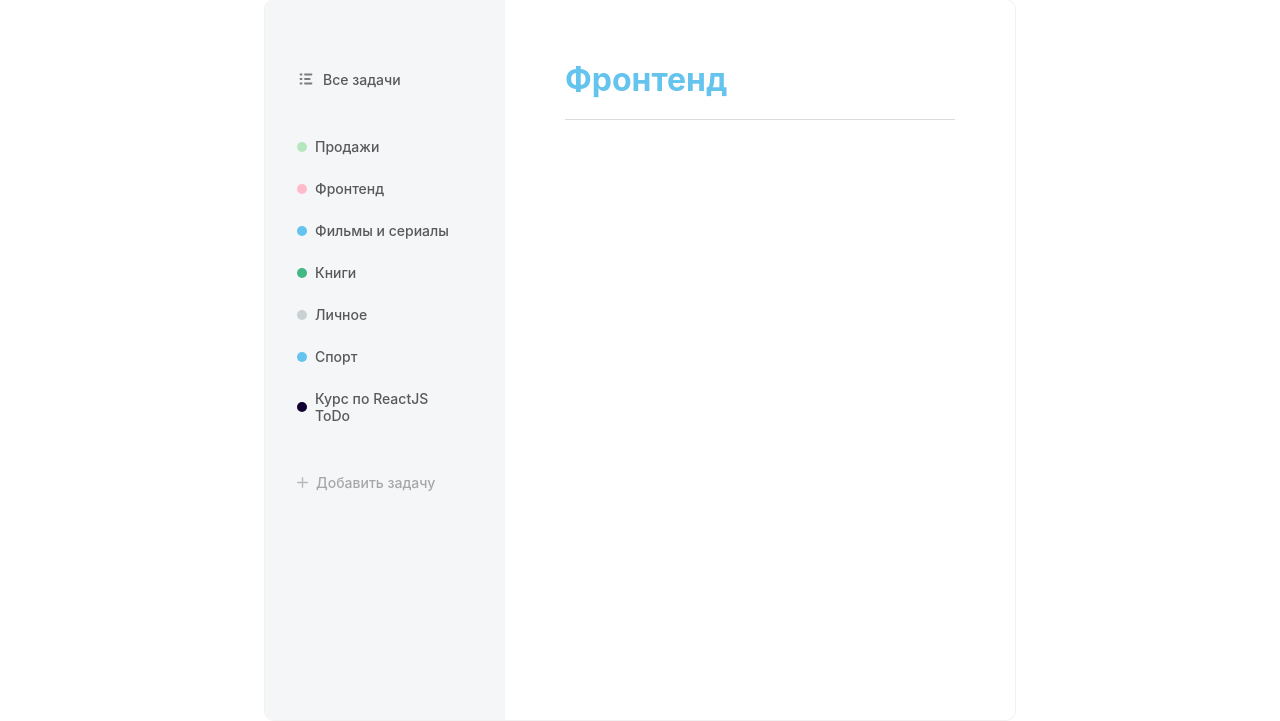
Repository: AzimAzimov/Todo
Page: /
An editor plug-in stored every save of this project. The page is shown before and after the next save, followed by the edit.
The browser window is 1280 px wide. The pictures show the whole page.
The project was rebuilt for these pictures with package versions that can differ from the ones it lists, and the page was loaded fresh each time. Also part of the build but not shown: src/components/addButtonList/AddListButton.scss.

Above is the page before, as saved 2023-03-01 16:48:33.

After the next save:
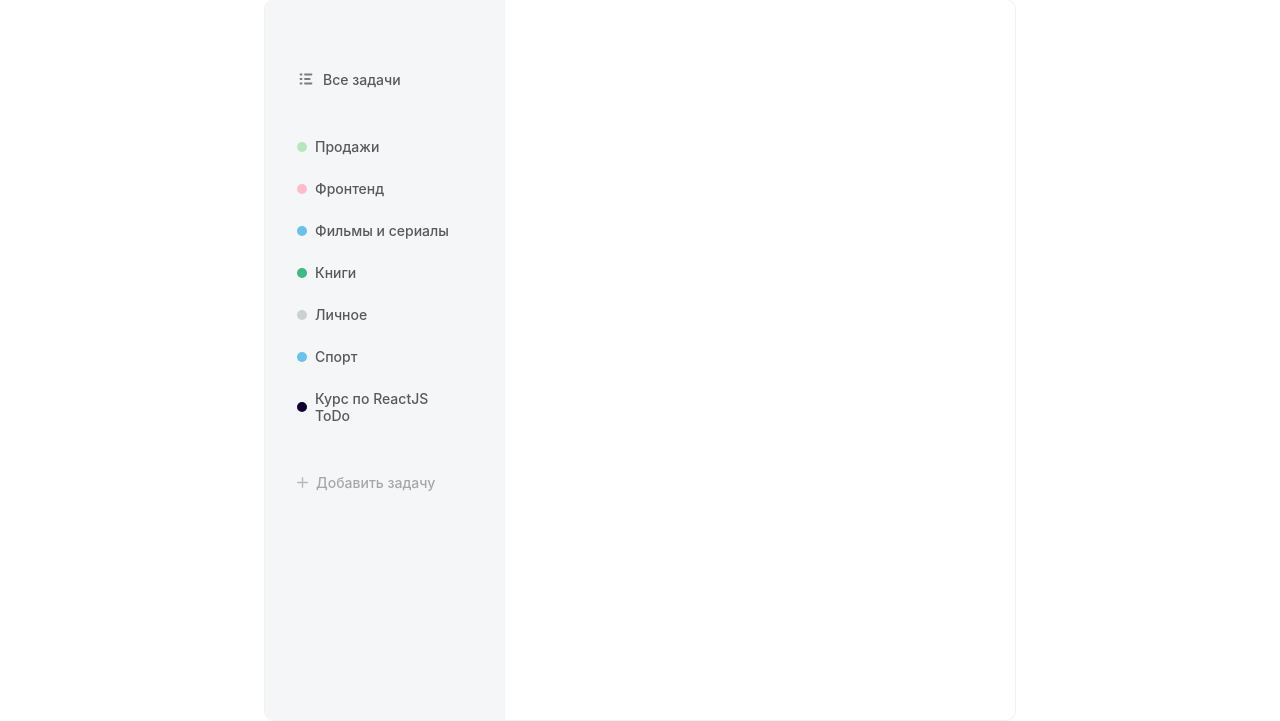
Saved 13 s later.
--- a/src/App.js
+++ b/src/App.js
@@ -43,9 +43,7 @@ function App() {
         <AddButtonList onAdd={onAddList} colors={DB.colors} />
       </div>
       <div className='todo__tasks'>
-        <div className='task'>
-          <h2>Фронтенд</h2>
-        </div>
+
       </div>
     </div>
   );
